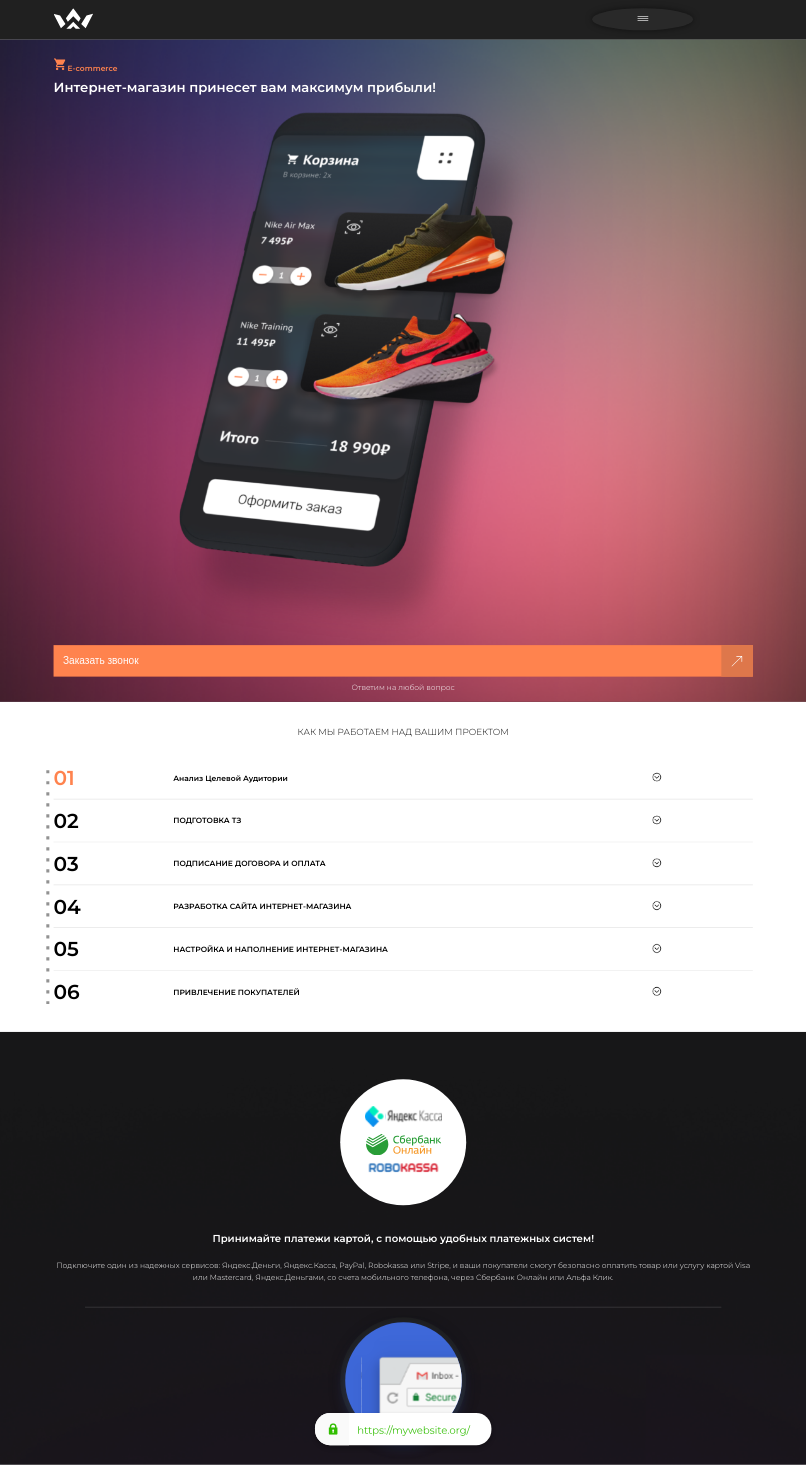
Repository: Gabi0605/my-tests
Page: web_alternative/index.html
These files come from the project's save history. The page is drawn as it stood at one moment and after a run of saves; the edit follows.
The browser window is 1280 px wide. The pictures show the whole page, at 63% of full size.
The style sheet was rebuilt from its Sass, Less or Tailwind sources for each picture, by a compiler version that may differ from the author's.

Above is the page before, as saved 2020-01-19 21:16:14.

### web_alternative/index.html
<!DOCTYPE html>
<html lang="ru">
<head>
    <meta charset="UTF-8">
    <meta name="viewport" content="width=device-width, initial-scale=1.0">
    <meta http-equiv="X-UA-Compatible" content="ie=edge">
    <title>WEB ALTERNATIVE</title>
    <link href="https://fonts.googleapis.com/css?family=Montserrat:300,400,600|Roboto:300,700&display=swap" rel="stylesheet">
    <link rel="stylesheet" href="css/bootstrap-grid.min.css">
    <link rel="stylesheet" href="css/style.css">
</head>
<body>
    <header>
        <div class="container">
            <div class="row">
                <div class="col-4">
                    <div class="logo">
                        <img src="img/svg/logo.svg" alt="">
                    </div>
                </div>
                <div class="col-2 offset-5">
                    <div class="burger">
                        <div class="rect"></div>
                        <div class="rect"></div>
                        <div class="rect"></div>
                    </div>
                </div>
            </div>
        </div>
    </header>
    <div class="call">
        <div class="container">
            <div class="e-commerce">
                <img src="img/svg/shopping-cart.svg" alt=""> E-commerce
            </div>
            <h2>
                Интернет-магазин принесет вам максимум прибыли!
            </h2>
            <div class="row">
                <div class="col-8 offset-2">
                    <img src="img/phone.png" alt="">
                </div>
            </div>
            <button>
                Заказать звонок
            </button>
            <p>Ответим на любой вопрос</p>
        </div>
    </div>
    <div class="work">
        <div class="container">
            <div class="row">
                <div class="col-10 offset-1">
                    <h2>Как мы работаем над вашим проектом</h2>
                </div>
            </div>
            <div class="items">
                <div class="item item-active">
                    <div class="row">
                        <div class="col-2 item__number">01</div>
                        <div class="col-8 item__p">
                            <p>Анализ целевой аудитории</p>
                        </div>
                        <div class="col-2 item__btn">
                            <button><img src="img/arrow-down.png" alt=""></button>
                        </div>
                    </div>
                </div>
                <div class="item">
                    <div class="row">
                        <div class="col-2 item__number">02</div>
                        <div class="col-8 item__p">
                            <p>Подготовка ТЗ</p>
                        </div>
                        <div class="col-2 item__btn">
                            <button><img src="img/arrow-down.png" alt=""></button>
                        </div>
                    </div>
                </div>
                <div class="item">
                    <div class="row">
                        <div class="col-2 item__number">03</div>
                        <div class="col-8 item__p">
                            <p>Подписание договора и оплата</p>
                        </div>
                        <div class="col-2 item__btn">
                            <button><img src="img/arrow-down.png" alt=""></button>
                        </div>
                    </div>
                </div>
                <div class="item">
                    <div class="row">
                        <div class="col-2 item__number">04</div>
                        <div class="col-8 item__p">
                            <p>Разработка сайта интернет-магазина</p>
                        </div>
                        <div class="col-2 item__btn">
                            <button><img src="img/arrow-down.png" alt=""></button>
                        </div>
                    </div>
                </div>
                <div class="item">
                    <div class="row">
                        <div class="col-2 item__number">05</div>
                        <div class="col-8 item__p">
                            <p>Настройка и наполнение интернет-магазина</p>
                        </div>
                        <div class="col-2 item__btn">
                            <button><img src="img/arrow-down.png" alt=""></button>
                        </div>
                    </div>
                </div>
                <div class="item">
                    <div class="row">
                        <div class="col-2 item__number">06</div>
                        <div class="col-8 item__p">
                            <p>Привлечение покупателей</p>
                        </div>
                        <div class="col-2 item__btn">
                            <button><img src="img/arrow-down.png" alt=""></button>
                        </div>
                    </div>
                </div>
            </div>
        </div>
    </div>
    <div class="pay">
        <div class="container">
            <div class="row">
                <div class="col-12">
                    <div class="pay__circle pay__circle">
                        <img src="img/svg/yandex.svg" alt="">
                        <img src="img/svg/sber.svg" alt="">
                        <img src="img/svg/robokassa.svg" alt="">
                    </div>
                </div>
                <div class="col-12">
                    <h2>Принимайте платежи картой,
                        с помощью удобных
                        платежных систем!</h2>
                    <p>Подключите один из надежных сервисов: Яндекс.Деньги, Яндекс.Касса, PayPal, Robokassa или Stripe, и ваши покупатели смогут безопасно оплатить товар или услугу картой Visa или Mastercard, Яндекс.Деньгами, со счета мобильного телефона, через Сбербанк Онлайн или Альфа Клик.</p>
                </div>
                <div class="col-12">
                    <div class="pay__img">
                        <img src="img/svg/website.svg" alt="" class="hun">
                    </div>
                </div>
            </div>
        </div>
    </div>
</body>
</html>

### web_alternative/less/style.less
*{
    margin: 0;
    padding: 0;
    box-sizing: border-box;
}
.montserrat{
    font-family: 'Montserrat', sans-serif;
}
.roboto{
    font-family: 'Roboto', sans-serif;
}
p{
    .montserrat;
    font-size: 12px;
    line-height: 15px;
}
@background: #171718;
@gray: #202020;
@burger: #292929;
@orange: #FF834E;
@darkorange: #DE774B;
body{
    .montserrat
}
img{
    max-width: 100%;
}
button{
    background: none;
    border: none;
    cursor: pointer;
    &:focus{
        outline: none;
    }
}

header{
    background: @gray;
    padding: 13px 0;
    .burger{
        background: @burger;
        border-radius: 50%;
        box-shadow: 0 0 10px rgba(0, 0, 0, 0.5);
        min-width: 35px;
        min-height: 35px;
        display: flex;
        flex-direction: column;
        justify-content: center;
        align-items: center;
        .rect{
            min-width: 17px;
            max-width: 50%;
            height: 1px;
            background: #fff;
            margin-bottom: 2px;
        }
    }
}
.call{
    background: @background;
    background-image: url(../img/mobile-background-block-one.png);
    background-size: cover;
    padding: 29px 0 15px;
    .e-commerce{
        color: @orange;
        font-weight: 600;
        font-size: 12px;
        line-height: 15px;
    }
    h2{
        color: #fff;
        font-weight: 600;
        font-size: 21px;
        line-height: 28px;
        padding: 10px 0 24px;
    }
    button{
        background: @orange;
        color: #fff;
        font-weight: 400;
        font-size: 16px;
        line-height: 20px;
        padding: 15px;
        border: none;
        width: 100%;
        text-align: left;
        position: relative;
        &::after{
            content: "";
            position: absolute;
            top: 0;
            bottom: 0;
            right: 0;
            width: 50px;
            background: @darkorange;
            background-image: url(../img/svg/Union.svg);
            background-repeat: no-repeat;
            background-position: center;
        }
    }
    p{
        font-weight: 300;
        font-size: 12px;
        line-height: 15px;
        color: #fff;
        text-align: center;
        padding-top: 10px;
    }
}
.work{
    padding: 40px 0 30px;
    h2{
        font-size: 14px;
        line-height: 17px;
        font-weight: 300;
        text-transform: uppercase;
        text-align: center;
        padding-bottom: 30px;
    }
    .items{
        position: relative;
        &::before{
            content: '';
            background: url(../img/svg/Vector.svg);
            position: absolute;
            top: 21px;
            bottom: 15px;
            left: -12px;
            width: 6px;
        }
    }
    .item{
        border-bottom: 1px solid rgba(0, 0, 0, 0.1);
        padding: 14px 0;
        &:last-child{
            border-bottom: none;
        }
        &__number{
            font-size: 32px;
            line-height: 39px;
            font-weight: 600;
        }
        &__p{
            text-transform: uppercase;
            font-size: 12px;
            line-height: 15px;
            font-weight: 600;
            display: flex;
            align-items: center;
        }
        &__btn{
            text-align: right;
            display: flex;
            align-items: center;
        }
        &-active{
            .item__number{
                color: @orange;
            }
            .item__p{
                text-transform: capitalize;
            }
        }
    }
}
.pay{
    background-color: @background;
    background-image: url(../img/mobile-background-block-two.png);
    background-repeat: no-repeat;
    background-size: cover;
    padding: 45px 0 5px;
    color: #fff;
    &__circle{
        width: 200px;
        height: 200px;
        background: #fff;
        border-radius: 50%;
        margin: 30px auto 40px;
        display: flex;
        flex-direction: column;
        align-items: center;
        justify-content: center;
        img{
            padding-bottom: 10px;
        }
    }
    &__img{
        text-align: center;
    }
    h2{
        font-size: 16px;
        line-height: 25px;
        font-weight: 600;
        text-align: center;
    }
    p{
        font-size: 12px;
        line-height: 19px;
        font-weight: 300;
        text-align: center;
        padding: 20px 0 40px;
        position: relative;
        &::after{
            content: '';
            position: absolute;
            background: rgba(255, 255, 255, 0.1);
            height: 2px;
            bottom: 0;
            left: 50px;
            right: 50px;
        }
    }
}

Loaded but not shown: web_alternative/css/bootstrap-grid.min.css (library)

After the next 3 saves:
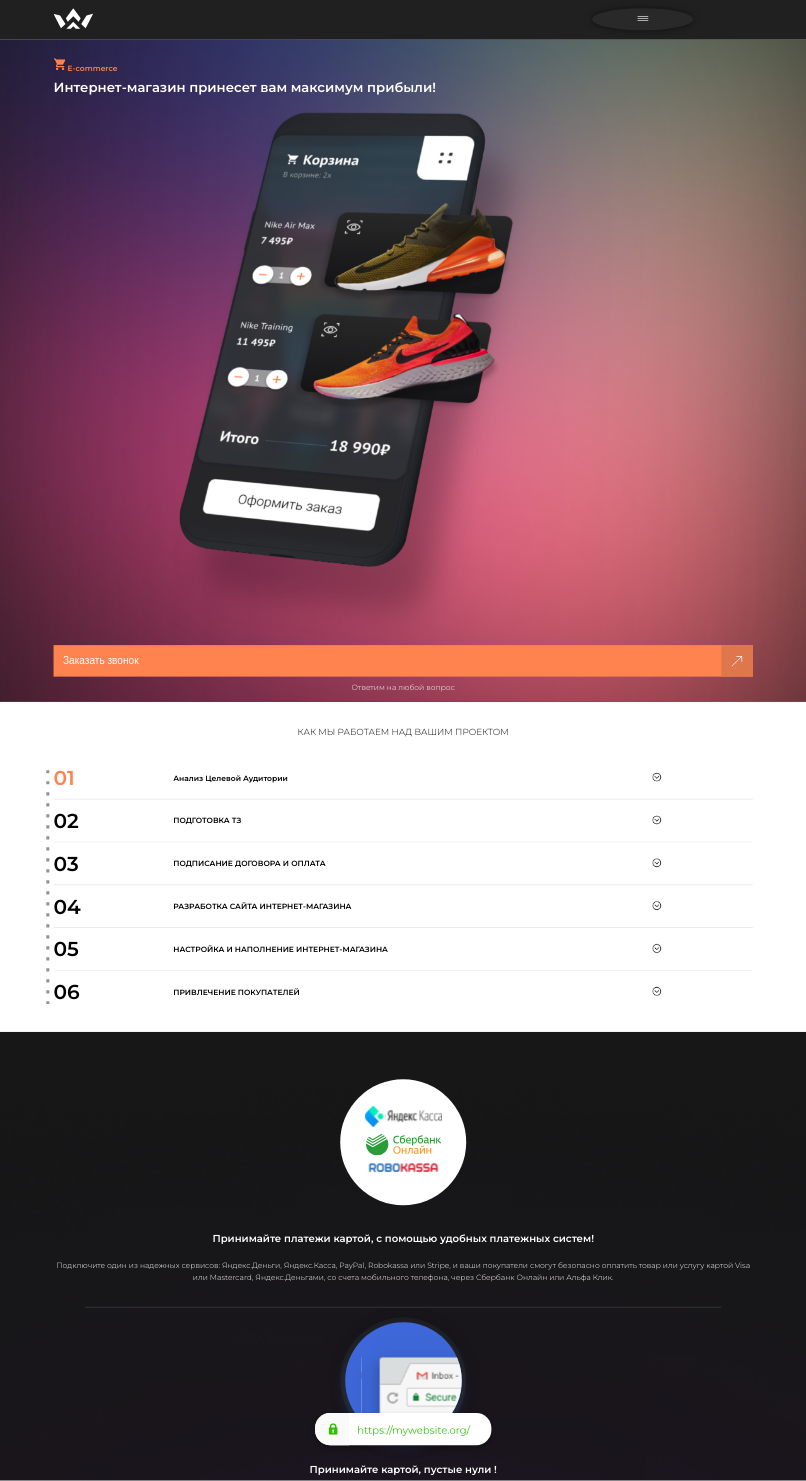
The 3 saves are shown as one change because they came seconds apart.
The last was saved 10 s later.
--- a/web_alternative/index.html
+++ b/web_alternative/index.html
@@ -144,6 +144,8 @@
                     <div class="pay__img">
                         <img src="img/svg/website.svg" alt="" class="hun">
                     </div>
+                    <h2>Принимайте картой,
+                        пустые нули !</h2>
                 </div>
             </div>
         </div>
